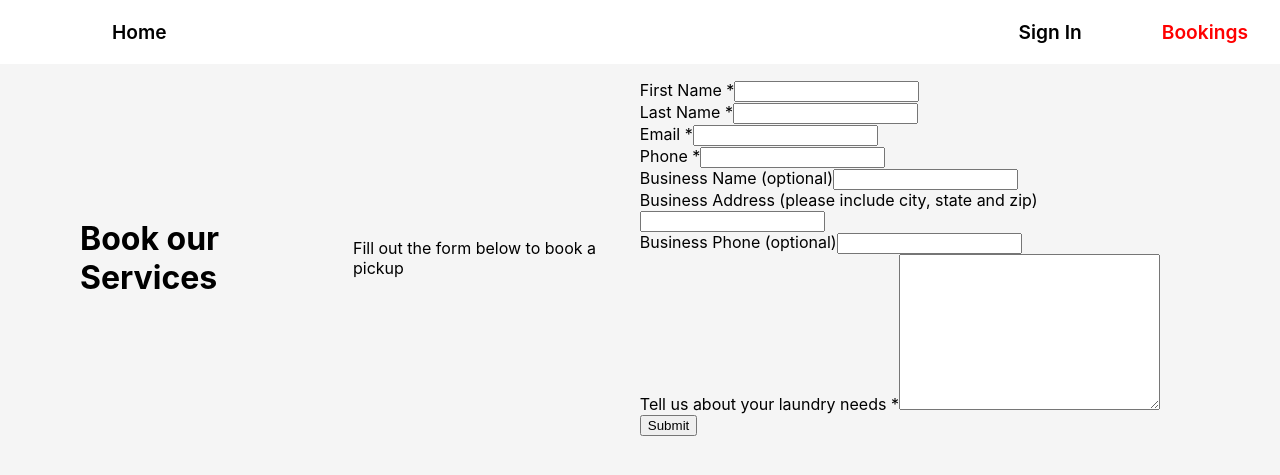
Repository: MikkyPrestige/fake-user-authentication
Page: /booking
The author's editor kept a copy of each file at every save. The page is drawn from the files as they stood at one save, then again after a run of saves.
The browser window is 1280 px wide. The pictures show the whole page.
The project was rebuilt for these pictures with package versions that can differ from the ones it lists, and the page was loaded fresh each time. Also part of the build but not shown: src/assets/styles/home.css, src/components/home.jsx.

Above is the page before, as saved 2022-11-20 02:55:40.

### src/index.css
body {
  margin: 0;
  font-family: -apple-system, BlinkMacSystemFont, 'Segoe UI', 'Roboto', 'Oxygen',
    'Ubuntu', 'Cantarell', 'Fira Sans', 'Droid Sans', 'Helvetica Neue',
    sans-serif;
  -webkit-font-smoothing: antialiased;
  -moz-osx-font-smoothing: grayscale;
  /* background-image: url(./assets/img/pattern_blue-1.jpg);
  background-repeat: no-repeat;
  background-size: cover;
  background-position: center;
  background-attachment: fixed; */
}

code {
  font-family: source-code-pro, Menlo, Monaco, Consolas, 'Courier New',
    monospace;
}

### src/App.jsx
import React from "react";
import { Route, Routes } from "react-router-dom";
import { Home, Navigation, Booking } from "./components";

function App() {
  return (
    <div className="App">
      <Navigation />
      <Routes>
      <Route path="/" element={< Home />} />
      <Route path="/booking" element={< Booking />} />
      </Routes>
    </div>
  );

}

export default App;

### src/components/index.js
export { default as Home } from './home';
export { default as Navigation } from './navigation';
export { default as Booking } from './booking';

### src/components/navigation.jsx
// NAVIGATION COMPONENT

import React from "react";
import { NavLink } from "react-router-dom";
import "../assets/styles/navigation.css";

const Navigation = () => {
  return (
    <div className="navigation">
      <nav className="navigation__links">
        <div className="navigation--link">
          <NavLink
            style={({ isActive }) =>
              isActive ? { color: "red" } : { color: "black" }
            }
            to="/"
            className="navigation__link--item"
          >
            Home
          </NavLink>
        </div>
        <div className="navigation__link--wrapper">
          <NavLink
            style={({ isActive }) =>
              isActive ? { color: "red" } : { color: "black" }
            }
            to="/signIn"
            className="navigation__link--item"
          >
            Sign In
          </NavLink>
          <NavLink
            style={({ isActive }) =>
              isActive ? { color: "red" } : { color: "black" }
            }
            to="/booking"
            className="navigation__link--item"
          >
            Bookings
          </NavLink>
        </div>
      </nav>
    </div>
  );
};

export default Navigation;

### src/components/booking.jsx
// REGISTER COMPONENT: This component is for the form to register with the company in the app

import React from "react";
import { useState } from "react";
import "../assets/styles/booking.css";

const Booking = () => {
  // Create a state for the form
  const [form, setForm] = useState({
    firstName: "",
    lastName: "",
    email: "",
    businessName: "",
    businessAddress: "",
    businessPhone: "",
    order: "",
  });

  // Create a state for the error
  const [error, setError] = useState({});
  // Create a state for the success
  const [success, setSuccess] = useState(false);

  // Create a function to handle the change
  const handleChange = (e) => {
    const { name, value } = e.target;
    setForm({ ...form, [name]: value }); // A spread operator is used to copy the form object and then add the name and value to the form object and then set the form object to the new form object with the name and value added to it
  };

  // Create a function to handle the submit
  const handleSubmit = (e) => {
    e.preventDefault();
    console.log(form);
    // Validate the form
    const validate = () => {
      let error = {};
      if (!form.firstName) {
        error.firstName = "First name is required";
      }
      if (!form.lastName) {
        error.lastName = "Last name is required";
      }
      if (!form.email) {
        error.email = "Email is required";
      }
      if (!form.phone) {
        error.phone = "Phone Number is required";
      }
      if (!form.order) {
        error.order = "Order is required";
      }
      return error;
    };
    // Set the error
    setError(validate());
    // Check if there is no error
    if (Object.keys(validate()).length === 0) {
      setSuccess(true);
    }
  };

  return (
    <div className="booking">
      <div className="booking__content">
        <h1 className="booking__title">Book our Services</h1>
        <p className="booking__description">
          Fill out the form below to book a pickup
        </p>
        <form className="booking__form" onSubmit={handleSubmit}>
          <div className="booking__form--group">
            <label htmlFor="firstName" className="booking__form--label">
              First Name *
            </label>
            <input
              type="text"
              name="firstName"
              id="firstName"
              className="booking__form--input"
              onChange={handleChange}
              required
            />
            {error.firstName && (
              <p className="booking__form--error">{error.firstName}</p>
            )}
          </div>
          <div className="booking__form--group">
            <label htmlFor="lastName" className="booking_form--label">
              Last Name *
            </label>
            <input
              type="text"
              name="lastName"
              id="lastName"
              className="booking__form--input"
              onChange={handleChange}
              required
            />
            {error.lastName && (
              <p className="booking__form--error">{error.lastName}</p>
            )}
          </div>
          <div className="booking__form--group">
            <label htmlFor="email" className="booking__form--label">
              Email *
            </label>
            <input
              type="email"
              name="email"
              id="email"
              className="booking__form--input"
              onChange={handleChange}
              required
            />
            {error.email && (
              <p className="booking__form--error">{error.email}</p>
            )}
          </div>
          <div className="booking__form--group">
            <label htmlFor="phone" className="booking__form--label">
              Phone *
            </label>
            <input
              type="tel"
              name="phone"
              id="phone"
              className="booking__form--input"
              onChange={handleChange}
              required
            />
            {error.phone && (
              <p className="booking__form--error">{error.phone}</p>
            )}
          </div>
          <div className="booking__form--group">
            <label htmlFor="businessName" className="booking__form--label">
              Business Name (optional)
            </label>
            <input
              type="text"
              name="businessName"
              id="businessName"
              className="booking__form--input"
              onChange={handleChange}
            />
          </div>
          <div className="booking__form--group">
            <label htmlFor="businessAddress" className="booking__form--label">
              Business Address (please include city, state and zip)
            </label>
            <input
              type="text"
              name="businessAddress"
              id="businessAddress"
              className="booking__form--input"
              onChange={handleChange}
            />
          </div>
          <div className="booking__form--group">
            <label htmlFor="businessPhone" className="booking__form--label">
              Business Phone (optional)
            </label>
            <input
              type="text"
              name="businessPhone"
              id="businessPhone"
              className="booking__form--input"
              onChange={handleChange}
            />
          </div>
          <div className="booking__form--group">
            <label htmlFor="order" className="booking__form--label">
              Tell us about your laundry needs *
            </label>
            <textarea
              name="order"
              id="order"
              cols="30"
              rows="10"
              className="booking__form--input"
              onChange={handleChange}
              required
            ></textarea>
            {error.order && (
              <p className="booking__form--error">{error.order}</p>
            )}
          </div>
          <button className="booking__form--button">Submit</button>
        </form>
        {success && (
          <p className="booking__form--success">
            Your order is received and been fast tracked.
            <span>Thank you for choosing us.</span>
          </p>
        )}
      </div>
    </div>
  );
};

export default Booking;

### src/assets/styles/navigation.css
.navigation {
    background-color: #fff;
    height: 4rem;
    position: fixed;
    top: 0;
    width: 100%;
    z-index: 100;
}

.navigation__links {
    display: flex;
    justify-content: space-between;
    align-items: center;
    height: 100%;
    padding: 0 2rem;
}

.navigation__link--item {
    font-size: 1.2rem;
    font-weight: 600;
    text-decoration: none;
}

.navigation--link {
  margin-left: 5rem;
}

.navigation__link--wrapper {
  display: flex;
  align-items: center;
  gap: 5rem;
}

### src/assets/styles/booking.css
.booking {
  background: #f5f5f5;
  padding: 5rem;
}

.booking__content {
  display: flex;
  justify-content: space-between;
  align-items: center;
  height: 100%;
}

Loaded but not shown: public/index.html (common file); src/index.js (common file)

After the next 3 saves:
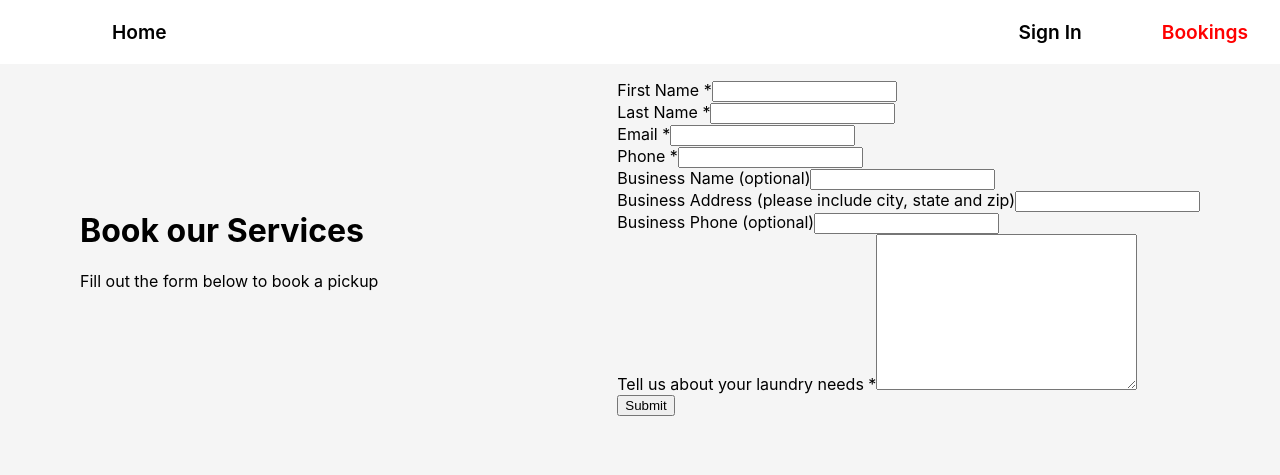
The 3 saves are shown as one change because 2 did not build or start.
The last was saved 102 s later.
--- a/src/components/booking.jsx
+++ b/src/components/booking.jsx
@@ -61,11 +61,13 @@ const Booking = () => {
 
   return (
     <div className="booking">
-      <div className="booking__content">
+      <div className="booking__wrapper">
+        <div className="booking__content">
         <h1 className="booking__title">Book our Services</h1>
         <p className="booking__description">
           Fill out the form below to book a pickup
         </p>
+        </div>
         <form className="booking__form" onSubmit={handleSubmit}>
           <div className="booking__form--group">
             <label htmlFor="firstName" className="booking__form--label">
--- a/src/assets/styles/booking.css
+++ b/src/assets/styles/booking.css
@@ -3,7 +3,7 @@
   padding: 5rem;
 }
 
-.booking__content {
+.booking__wrapper {
   display: flex;
   justify-content: space-between;
   align-items: center;
